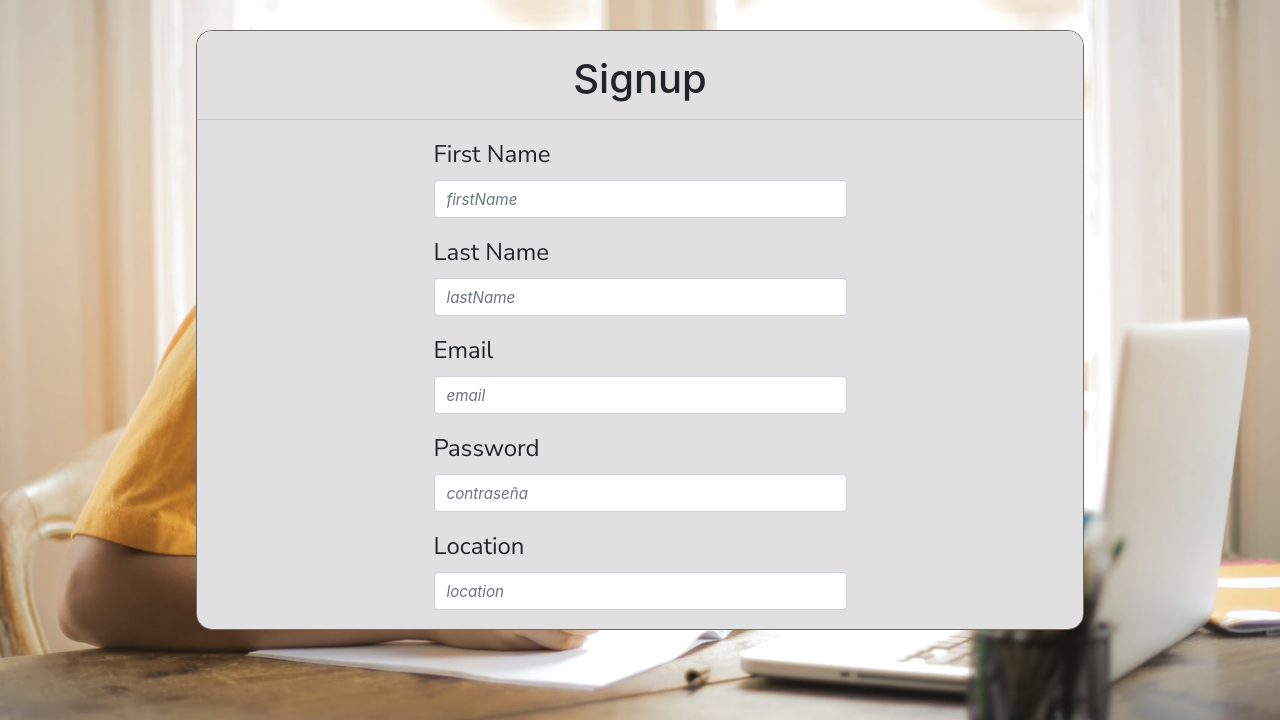
Repository: uprm-inso-4117-2020-2021-s2/semester-project-uprm-inso-4117-2020-2021-s2-team-7
Page: / (app in tutorfinder/)
These files come from the project's save history. The page is drawn as it stood at one moment and after the next save; the edit follows.
The browser window is 1280 px wide. The pictures show the whole page.
An inner scrolling area shows only its first screen. The project was rebuilt for these pictures with package versions that can differ from the ones it lists, and the page was loaded fresh each time. Also part of the build but not shown: tutorfinder/src/components/Navbar.css, tutorfinder/src/components/Navbar.js, tutorfinder/src/components/TutorInfo.js, tutorfinder/src/Nav.js, tutorfinder/src/Signup.js, tutorfinder/src/Login.js, tutorfinder/src/Home.js, tutorfinder/src/BulletinBoard.css and 3 more.

Above is the page before, as saved 2021-03-30 23:42:23.

After the next save:
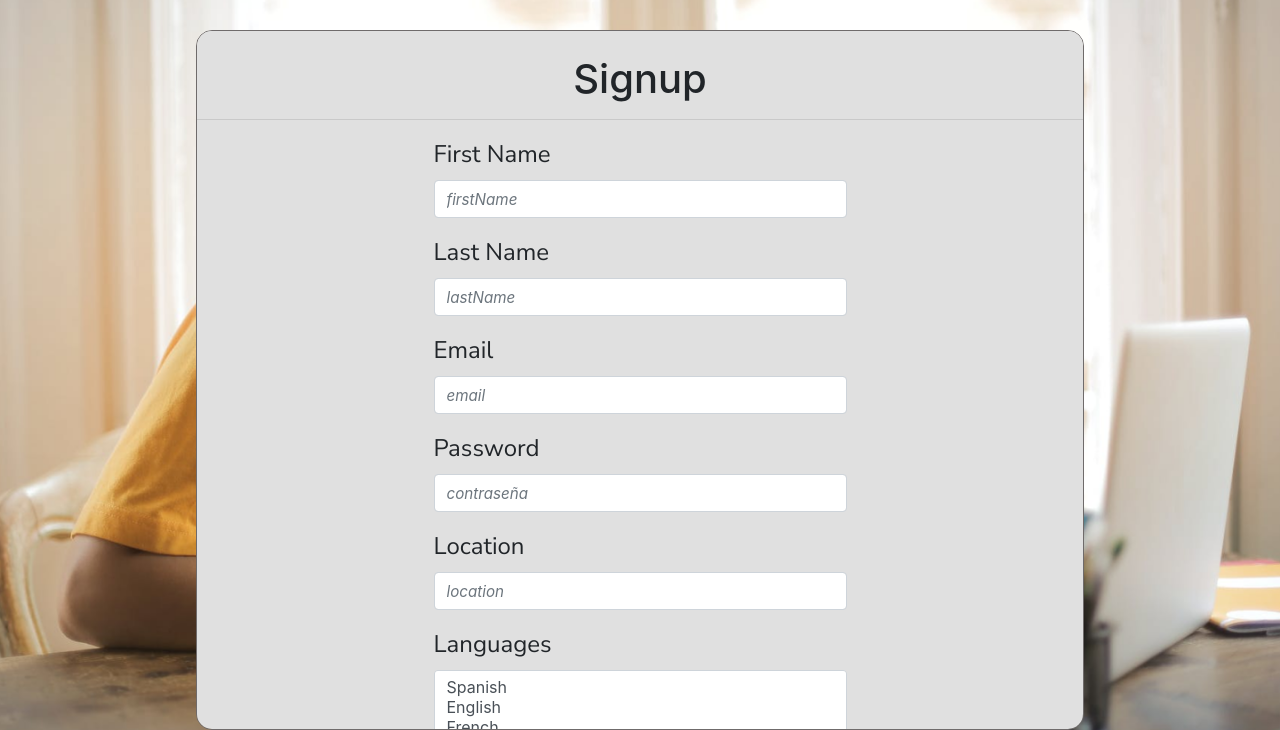
Saved 7 s later.
--- a/tutorfinder/src/SignupPage.css
+++ b/tutorfinder/src/SignupPage.css
@@ -4,7 +4,7 @@
     position: relative;
   text-align: center;
   width: 80%;
-height: 600px;
+height: 700px;
   border: 2px solid #fff;
   text-align: center;
   background-color: #E0E0E0;
